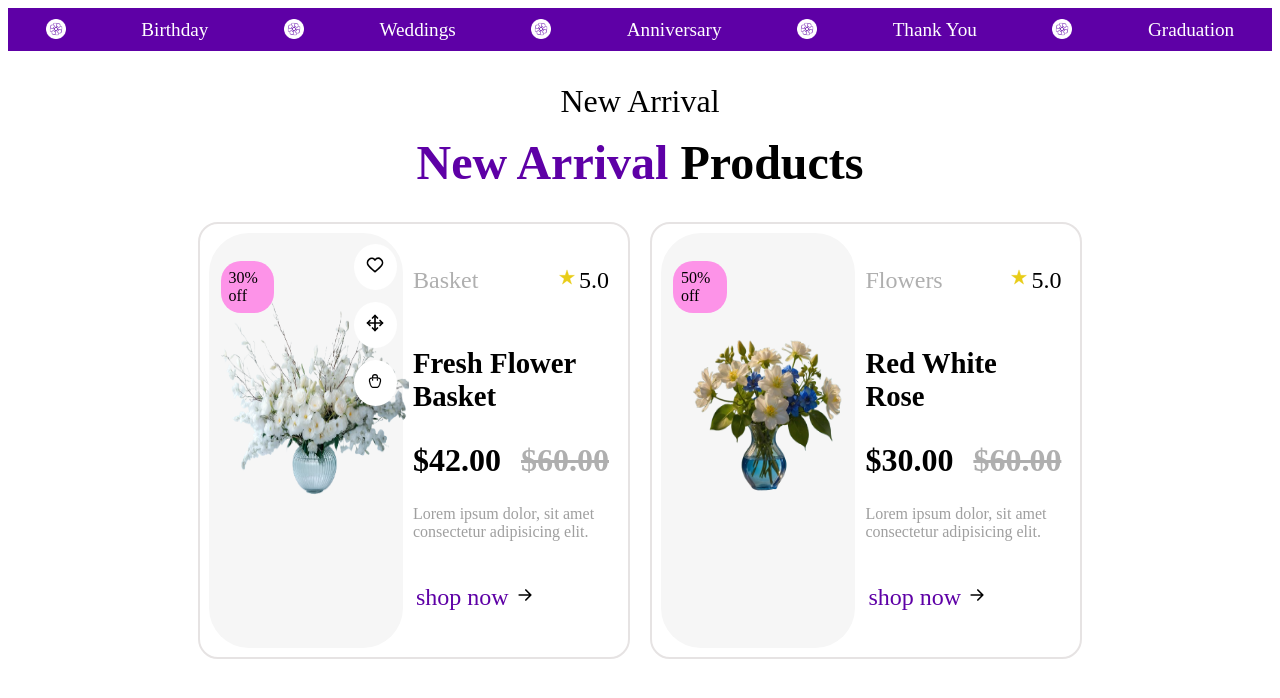
Repository: KolawoleTemilade/classroom-learning
Page: newarrival/index.html
These files come from the project's save history. The page is drawn as it stood at one moment and after the next save; the edit follows.
The browser window is 1280 px wide. The pictures show the whole page.

Above is the page before, as saved 2025-10-02 09:25:38.

After the next save:
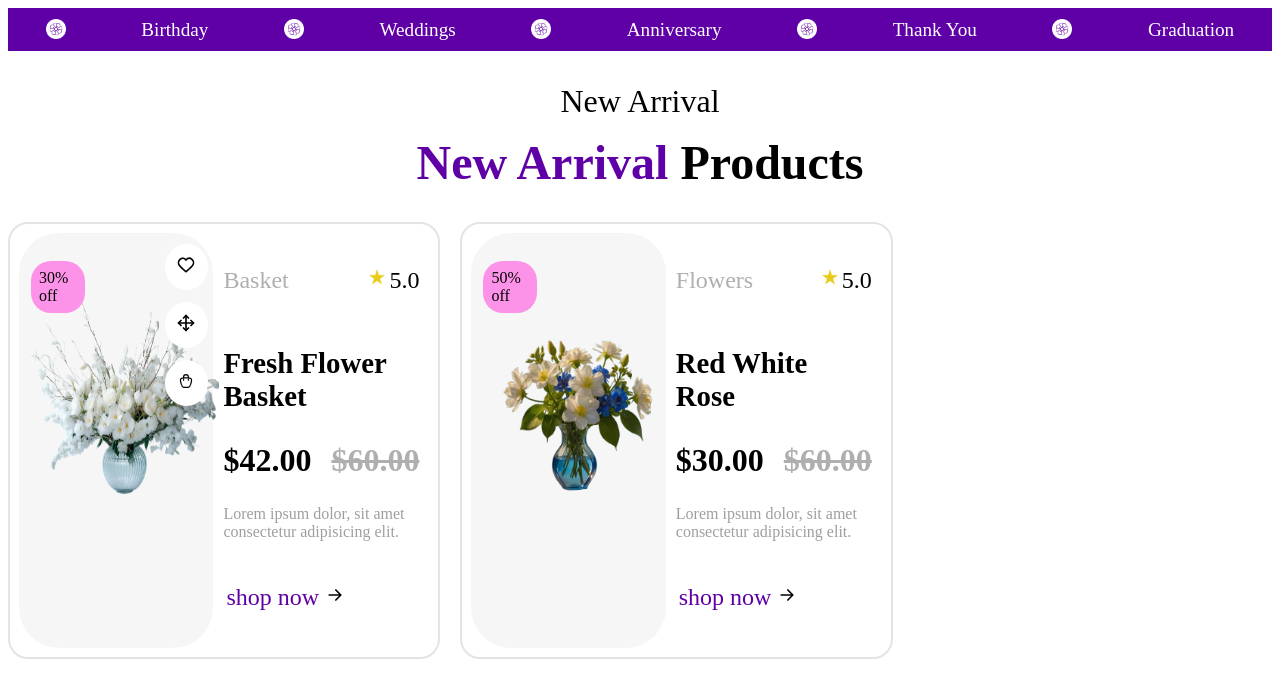
Saved 6 s later.
--- a/newarrival/index.html
+++ b/newarrival/index.html
@@ -46,7 +46,7 @@
         <span>graduation</span>
       </div>
     </div>
-    <section class="new-arrival-sect">
+
       <div class="new-arrival">
         <div class="new-arrival-title">
           <p class="title1">

After the 2 saves that followed:
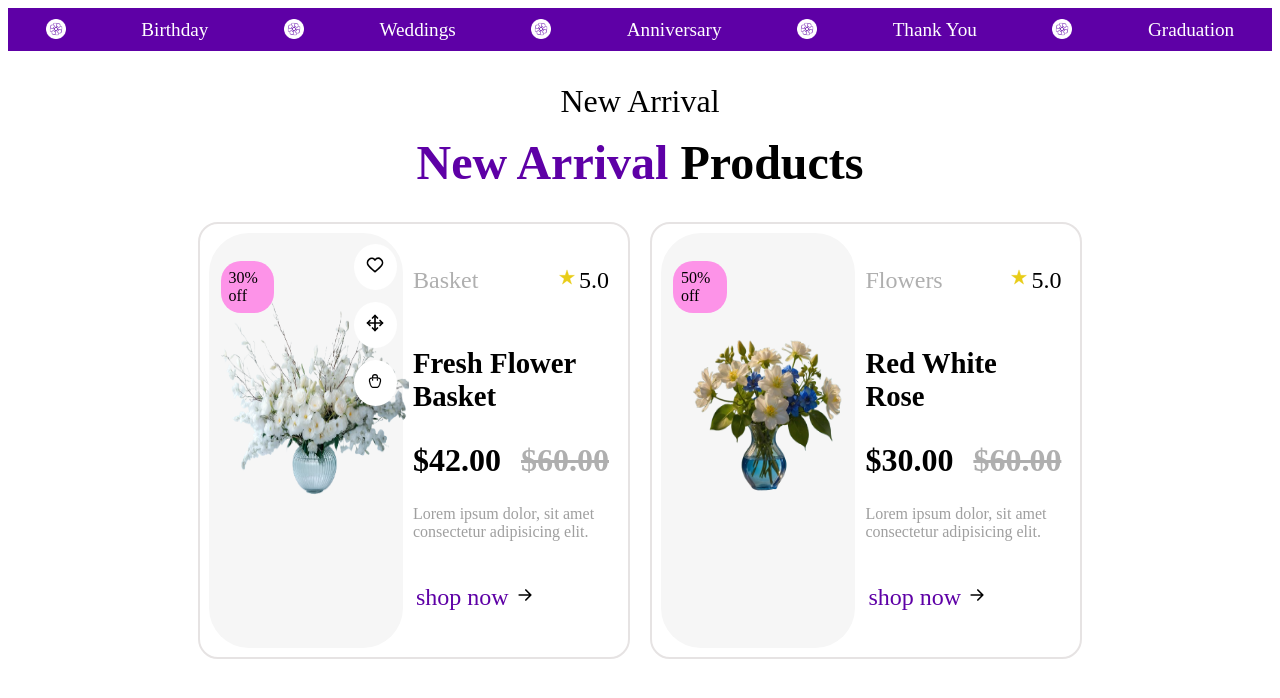
The 2 saves are shown as one change because 1 left the picture as it was.
The last was saved 13 s later.
--- a/newarrival/index.html
+++ b/newarrival/index.html
@@ -7,6 +7,7 @@
     <link rel="stylesheet" href="style.css" />
   </head>
   <body>
+    <section class="new-arrival-sect">
     <div class="marq-sect">
       <div class="marque">
         <img
